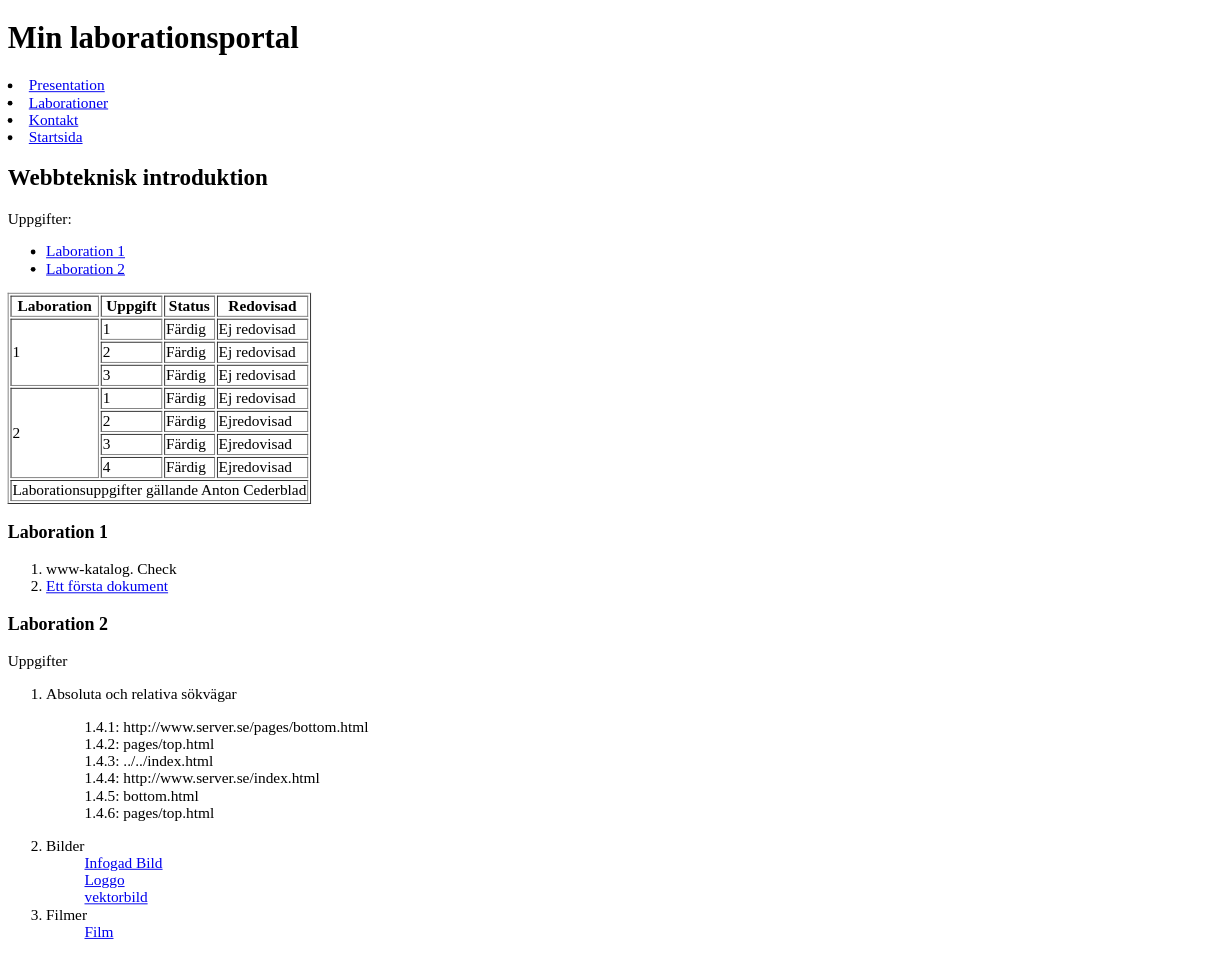
Repository: ac222jv/1IK415-Laborationer
Page: Pages/Laborationer.html
The author's editor kept a record of every edit. The page is drawn from the files as they stood at one moment, then again after the next edit.
The browser window is 1280 px wide. The pictures show the whole page, at 96% of full size.

Above is the page before.

After the next edit:
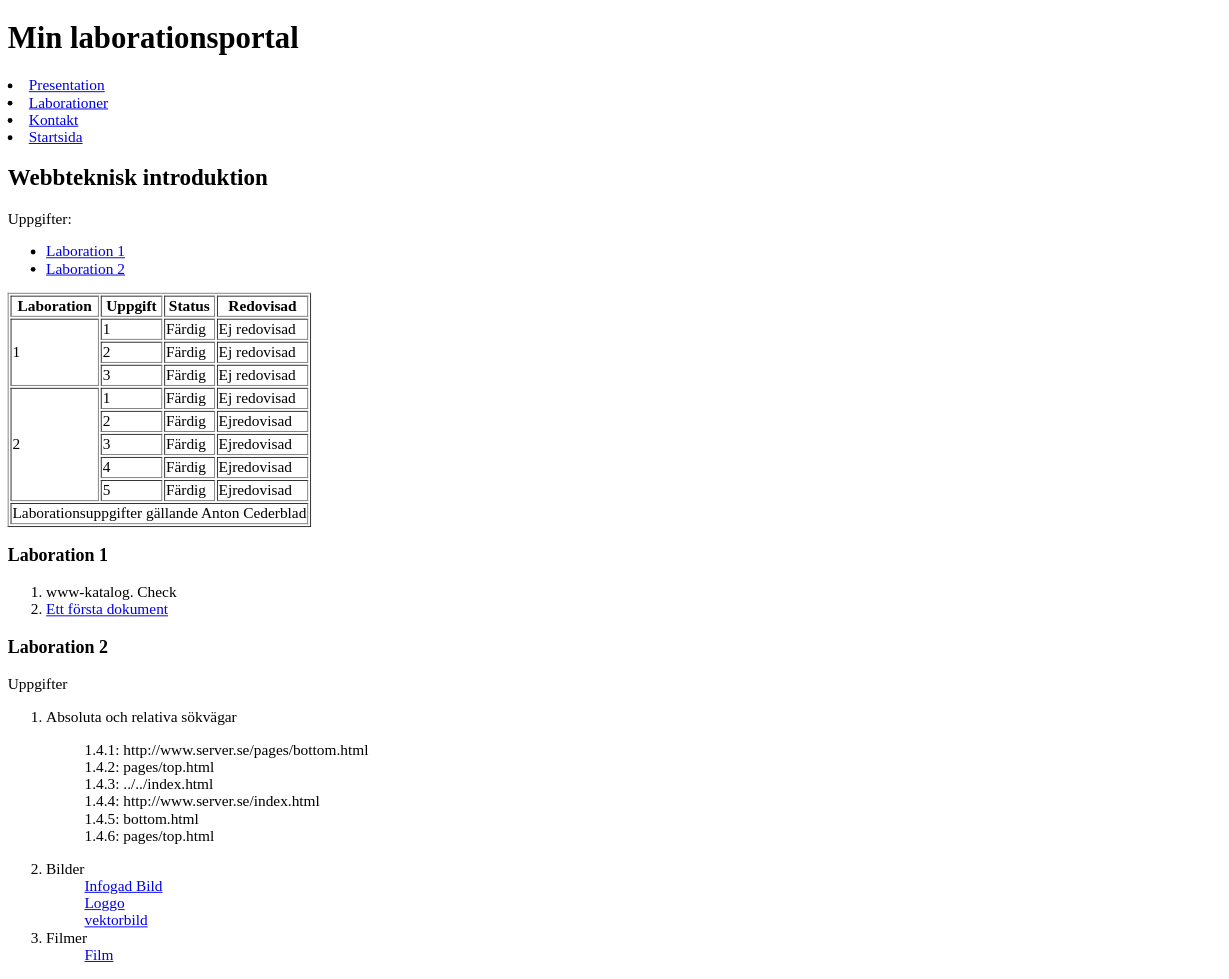
The edit:
--- a/Pages/Laborationer.html
+++ b/Pages/Laborationer.html
@@ -120,6 +120,11 @@
             <td>Färdig</td>
             <td>Ejredovisad</td>
         </tr>
+         <tr>
+            <td>5</td>
+            <td>Färdig</td>
+            <td>Ejredovisad</td>
+        </tr>
          </tbody>
 
 
